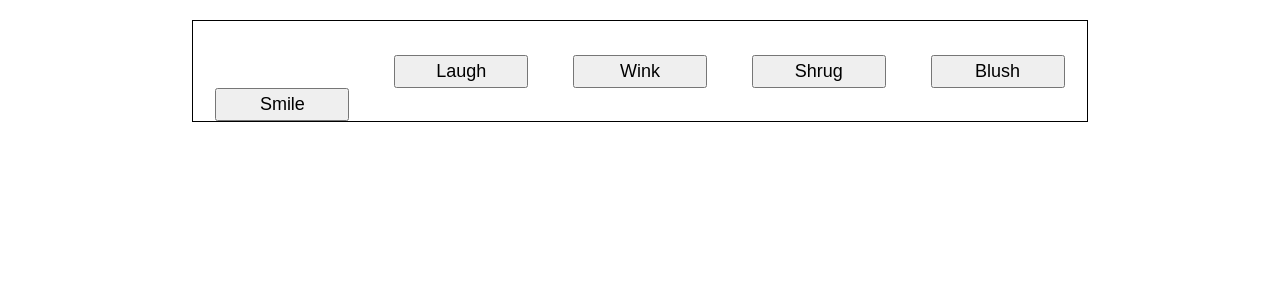
Repository: Valhally/web-projects
Page: sample-site/index.html
The author's editor kept a copy of each file at every save. The page is drawn from the files as they stood at one save, then again after the next save.
The browser window is 1280 px wide. The pictures show the whole page.

Above is the page before, as saved 2021-09-01 16:13:07.

### sample-site/index.html
<!DOCTYPE html>
<html>
  <head>
    <meta charset="utf-8">
    <title>Flexbox align 0 — starting code</title>
    <style>
      html {
        font-family: sans-serif;
      }

      body {
        width: 70%;
        max-width: 960px;
        margin: 20px auto;
      }

      button {
        font-size: 18px;
        line-height: 1.5;
        width: 15%;
      }

      div {
        height: 100px;
        border: 1px solid black;
      }

      /* Add your flexbox CSS below here */

      div {
        display: flex;
        align-items: center;
        justify-content: space-around;
      }
      button:first-child {
  align-self: flex-end;
}

    </style>
  </head>
  <body>
    <div>
      <button>Smile</button>
      <button>Laugh</button>
      <button>Wink</button>
      <button>Shrug</button>
      <button>Blush</button>
    </div>
  </body>
</html>

After the next save:
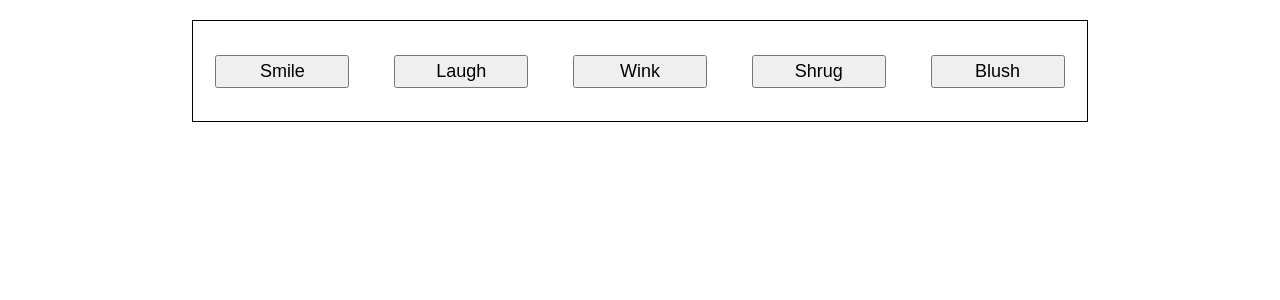
Saved 15 s later.
--- a/sample-site/index.html
+++ b/sample-site/index.html
@@ -32,9 +32,7 @@
         align-items: center;
         justify-content: space-around;
       }
-      button:first-child {
-  align-self: flex-end;
-}
+
 
     </style>
   </head>
